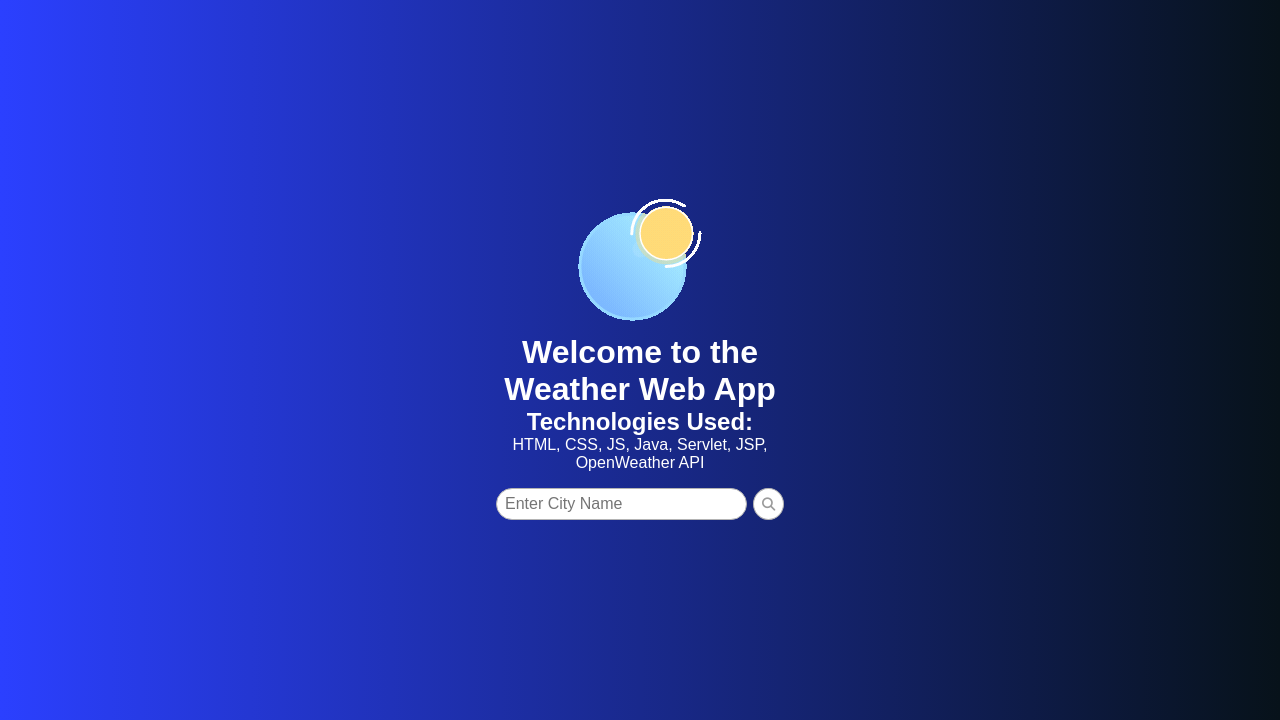
Repository: MinhajulMukthar/Weather-WebApp
Page: Weather App/src/main/webapp/index.html
The author's editor kept a copy of each file at every save. The page is drawn from the files as they stood at one save, then again after the next save.
The browser window is 1280 px wide. The pictures show the whole page.

Above is the page before, as saved 2024-09-26 02:15:53.

### Weather App/src/main/webapp/index.html
<!DOCTYPE html>
<html>
<head>
<meta charset="UTF-8">
<meta http-equiv="X-UA-Compatible" content="IE=edge">
<meta name="viewport" content="width=device-width, initial-scale=1.0">
<title>Weather App</title>
<link rel="icon" href="images/rain.png" type="image/png">
<link rel="stylesheet"
	href="https://cdnjs.cloudflare.com/ajax/libs/font-awesome/6.4.0/css/all.min.css" />
<link rel="stylesheet" href="style.css" />

</head>
<body>
	<div class="container">
		<img src="images/Animation.gif"
			style="height: 150px; width: auto; /* filter: drop-shadow(10px 10px 10px black) */;">
		<h1>Welcome to the Weather Web App</h1>

		<h2>Technologies Used:</h2>
		<p>HTML, CSS, JS, Java, Servlet, JSP, OpenWeather API</p>
		<form action="ServletWeb" method="post" class="searchInput">
			<input type="text" placeholder="Enter City Name" id="searchInput"
				 name="city" />
			<button id="searchButton">
				<i class="fa-solid fa-magnifying-glass"></i>
			</button>
		</form>
	</div>
</body>
</html>

### Weather App/src/main/webapp/style.css
    * {
  margin: 0;
  padding: 0;
  box-sizing: border-box;
  font-family: "Ubuntu", sans-serif;
}

body {
  display: flex;
  height: 100vh;
  align-items: center;
  justify-content: center;
  background: linear-gradient(to right,  #2b40ff,#07121a);
}

.container{
		 	width: 25%;
		 	display: flex;
        	margin: 0 auto;
			text-align: center;
            color: white;
            flex-direction: column;
            align-items: center;
            justify-content: center;
            height: 100%;
}
.container h1{
	width: 100%;
}

.mainContainer {
  width: 25rem;
  height: auto;
  border-radius: 1rem;
  background: #fff;
  box-shadow: 0 14px 28px rgba(0,0,0,0.25),
			0 10px 10px rgba(0,0,0,0.22);
}

.searchInput {
  width: 100%;
  display: flex;
  padding: 1rem 1rem;
  justify-content: center;
}

.searchInput input {
  width: 100%;
  height: 2rem;
  outline: none;
  font-size: 1rem;
  color: #525050;
  padding: 0.2rem 0.5rem;
  border-radius: 1.5rem;
  border: 1px solid #b3b3b3;
}

.searchInput input:focus {
  border: 1px solid #9c9dde;
}

.searchInput button {
  width: 2.2rem;
  height: 2rem;
  cursor: pointer;
  color: #9b9b9b;
  border-radius: 50%;
  margin-left: 0.4rem;
  transition: all 0.3s ease;
  background-color: #fff;
  border: 1px solid #b3b3b3;
}

.searchInput button:hover {
  color: #fff;
  background-color: #9c9dde;
  border: 1px solid #9c9dde;
}

.weatherIcon {
  display: flex;
  padding-top: 0.5rem;
  padding-bottom: 0.5rem;
  justify-content: center;
}

.weatherIcon img {
  max-width: 100%;
  width: 8rem;
}

.weatherDetails .temp{
 font-size: 2rem;
}
.cityDetails {
  color: #323232;
  font-size: 2.5rem;
  text-align: center;
  margin-bottom: 0.5rem;
}

.cityDetails .date {
  color: #323232;
  font-size: 1.5rem;
  text-align: center;
  margin-bottom: 0.5rem;
}

.windDetails {
  display: flex;
  margin-top: 1rem;
  margin-bottom: 1.5rem;
  justify-content: space-around;
}

.windDetails .humidityBox {
  display: flex;
  font-size: 1rem;
  color: #323232;
}

.windDetails .humidity .humidityValue {
 text-align: center;
  font-size: 2rem;
  color: #323232;
}

.windDetails .humidityBox img {
  max-height: 3rem;
  margin-right: 0.5rem;
}

.windDetails .windSpeed {
  display: flex;
  font-size: 1rem;
  color: #323232;
}

.windDetails .windSpeed img {
  max-height: 3rem;
  margin-right: 0.5rem;
}


image-logo{
        height: auto;
        width: auto;
        filter: drop-shadow(20px 10px 10px black);
      }

After the next save:
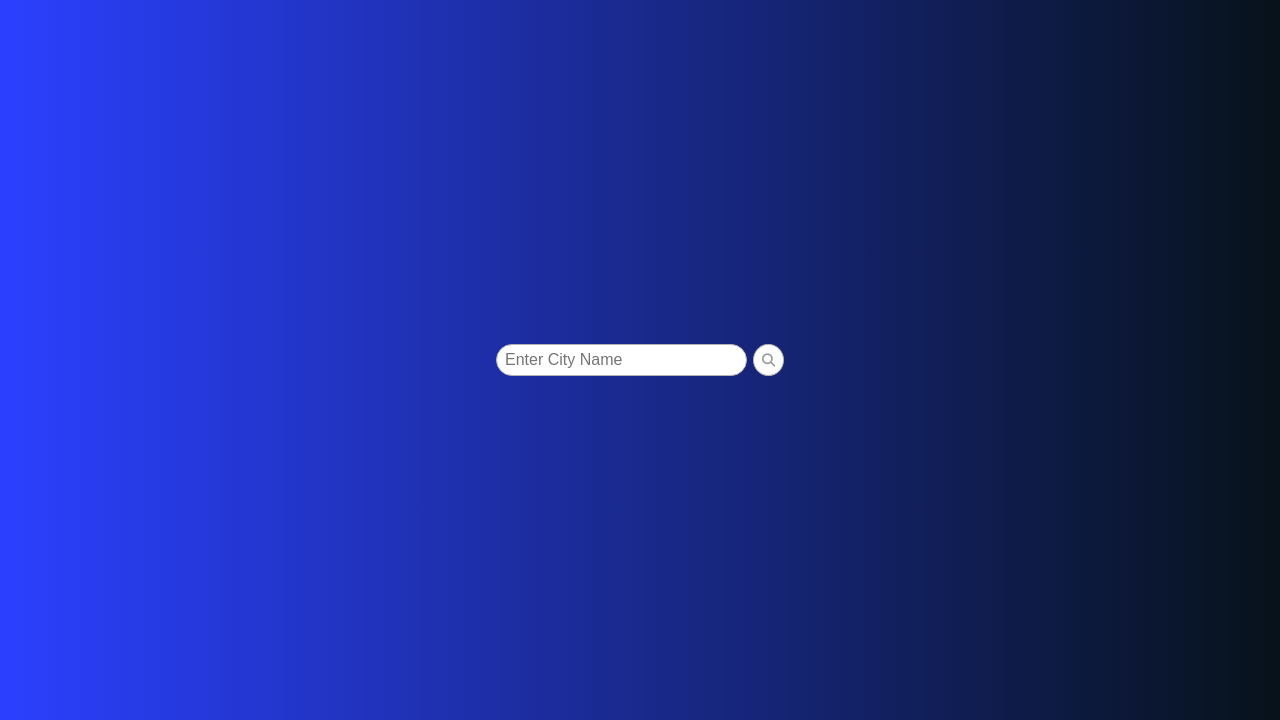
Saved 2 min 57 s later.
--- a/Weather App/src/main/webapp/index.html
+++ b/Weather App/src/main/webapp/index.html
@@ -13,12 +13,12 @@
 </head>
 <body>
 	<div class="container">
-		<img src="images/Animation.gif"
+		<!-- <img src="images/Animation.gif"
 			style="height: 150px; width: auto; /* filter: drop-shadow(10px 10px 10px black) */;">
 		<h1>Welcome to the Weather Web App</h1>
 
 		<h2>Technologies Used:</h2>
-		<p>HTML, CSS, JS, Java, Servlet, JSP, OpenWeather API</p>
+		<p>HTML, CSS, JS, Java, Servlet, JSP, OpenWeather API</p> -->
 		<form action="ServletWeb" method="post" class="searchInput">
 			<input type="text" placeholder="Enter City Name" id="searchInput"
 				 name="city" />
